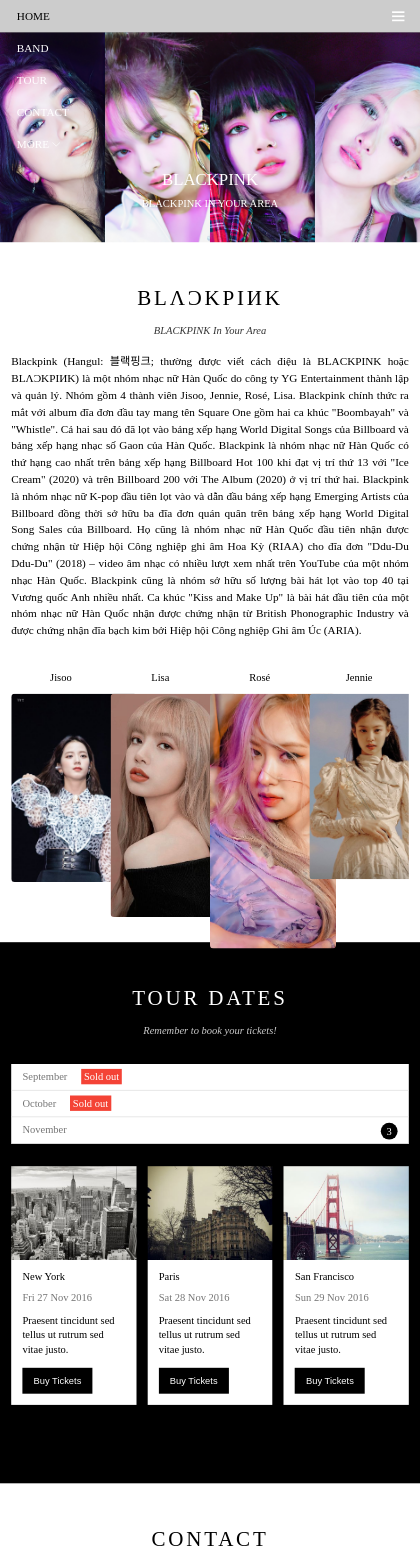
Repository: vanntrong/w3_band
Page: index.html
An editor plug-in stored every save of this project. The page is shown before and after the next save, followed by the edit.
The browser window is 600 px wide. The pictures show the part of the page from y = 0 to 2240 px (the page is 3026 px tall), at 70% of full size.

Above is the page before, as saved 2021-08-27 19:12:59.

### index.html
<!DOCTYPE html>
<html lang="en">
<head>
    <meta charset="UTF-8">
    <meta http-equiv="X-UA-Compatible" content="IE=edge">
    <meta name="viewport" content="width=device-width, initial-scale=1.0">
    <title>BLΛƆKPIИK</title>
    <link rel="stylesheet" href="./assest/css/reset.css">
    <link rel="stylesheet" href="./assest/css/index.css">
    <link rel="stylesheet" href="./assest/css/responsive.css">
    <link rel="stylesheet" href="./assest/font/themify-icons-font/themify-icons/themify-icons.css">
    <link rel="stylesheet" href="./script/script.js">
</head>
<body>
    <div id="main">
        <div id="header">
            <!-- Begin: nav -->
            <ul id="nav">
                <li><a href="#">Home</a></li>
                <li><a href="#about">Band</a></li>
                <li><a href="#tour">Tour</a></li>
                <li><a href="#contact">Contact</a></li>
                <li>
                    <a href="#">
                        More
                        <i class="nav-arrow-down ti-angle-down"></i>
                    </a>
                    <ul class="subnav">
                        <li><a href="#">Merchandise</a></li>
                        <li><a href="#">Extras</a></li>
                        <li><a href="#">Media</a></li>
                    </ul>
                </li>
            </ul>
            <!-- End: nav -->

            <!-- Begin: Search button -->
            <div class="search-btn">
                <i class="search-icon ti-search"></i>
            </div>

            <div id="mobile-menu" class="mobile-menu-btn">
                <i class="menu-icon ti-menu"></i>
            </div>
            <!-- End: Search button -->

        </div>

        <div id="slider">
            <div class="text-content">
                <h2 class="text-heading">BLACKPINK</h2>
                <div class="text-description">BLACKPINK IN YOUR AREA</div>
            </div>
        </div>

        <div id="content">
            <div class="about-section">
                <!-- About section -->
                <div class="content-section" id ="about">
                    <a href="https://www.instagram.com/blackpinkofficial/" target="blank"><h2 class="section-heading">BLΛƆKPIИK</h2></a>
                    <p class="section-sub-heading">BLACKPINK In Your Area</p>
                    <p class="about-text">
                        Blackpink (Hangul: 블랙핑크; thường được viết cách điệu là BLACKPINK hoặc BLΛƆKPIИK) là một nhóm nhạc nữ Hàn Quốc do công ty YG Entertainment thành lập và quản lý. Nhóm gồm 4 thành viên Jisoo, Jennie, Rosé, Lisa. Blackpink chính thức ra mắt với album đĩa đơn đầu tay mang tên Square One gồm hai ca khúc "Boombayah" và "Whistle". Cả hai sau đó đã lọt vào bảng xếp hạng World Digital Songs của Billboard và bảng xếp hạng nhạc số Gaon của Hàn Quốc.

    Blackpink là nhóm nhạc nữ Hàn Quốc có thứ hạng cao nhất trên bảng xếp hạng Billboard Hot 100 khi đạt vị trí thứ 13 với "Ice Cream" (2020) và trên Billboard 200 với The Album (2020) ở vị trí thứ hai. Blackpink là nhóm nhạc nữ K-pop đầu tiên lọt vào và dẫn đầu bảng xếp hạng Emerging Artists của Billboard đồng thời sở hữu ba đĩa đơn quán quân trên bảng xếp hạng World Digital Song Sales của Billboard. Họ cũng là nhóm nhạc nữ Hàn Quốc đầu tiên nhận được chứng nhận từ Hiệp hội Công nghiệp ghi âm Hoa Kỳ (RIAA) cho đĩa đơn "Ddu-Du Ddu-Du" (2018) – video âm nhạc có nhiều lượt xem nhất trên YouTube của một nhóm nhạc Hàn Quốc. Blackpink cũng là nhóm sở hữu số lượng bài hát lọt vào top 40 tại Vương quốc Anh nhiều nhất. Ca khúc "Kiss and Make Up" là bài hát đầu tiên của một nhóm nhạc nữ Hàn Quốc nhận được chứng nhận từ British Phonographic Industry và được chứng nhận đĩa bạch kim bởi Hiệp hội Công nghiệp Ghi âm Úc (ARIA).
                    </p>
                    <div class="member-list">
                        <div class="member-item">
                            <a href="https://www.instagram.com/sooyaaa__/" target="blank"><p class="member-name">Jisoo</p></a>
                            <a href="https://www.instagram.com/sooyaaa__/" target="blank"><img src="./assest/img/team/jisoo/jisoo.jpg" alt="Image-of-Jisoo" class="member-img"></a>
                        </div>
                        <div class="member-item">
                            <a href="https://www.instagram.com/lalalalisa_m/" target="blank"><p class="member-name">Lisa</p></a>
                            <a href="https://www.instagram.com/lalalalisa_m/" target="blank"><img src="./assest/img/team/lisa/lisa.jpg" alt="Image of Jisoo" class="member-img"></a>
                        </div>
                        <div class="member-item">
                            <a href="https://www.instagram.com/roses_are_rosie/" target="blank"><p class="member-name">Rosé</p></a>
                            <a href="https://www.instagram.com/roses_are_rosie/" target="blank"><img src="./assest/img/team/rose/rose.jpg" alt="Image of Jisoo" class="member-img"></a>
                        </div>
                        <div class="member-item">
                            <a href="https://www.instagram.com/jennierubyjane/" target="blank"><p class="member-name">Jennie</p></a>
                            <a href="https://www.instagram.com/jennierubyjane/" target="blank"><img src="./assest/img/team/jennie/jennie.jpg" alt="Image of Jisoo" class="member-img"></a>
                        </div>
                    </div>
                </div>
            </div>
            <div class="tour-section">
                <!-- tour section -->
                <div id="tour" class="content-section">
                    <h2 class="section-heading text-white">TOUR DATES</h2>
                    <p class="section-sub-heading text-white">Remember to book your tickets!</p>

                    <ul class="ticket-list">
                        <li>September <span class="sold-out">Sold out</span></li>
                        <li>October <span class="sold-out">Sold out</span></li>
                        <li>November <span class="quantity">3</span></li>
                    </ul>

                    <!-- places -->
                    <div class="places-list">
                        <div class="place-item">
                            <img src="./assest/img/places/newyork.jpg" alt="New York" class="place-img">
                            <div class="place-body">
                                <h3 class="place-heading">New York</h3>
                                <p class="place-time">Fri 27 Nov 2016</p>
                                <p class="place-desc text-black">Praesent tincidunt sed tellus ut rutrum sed vitae justo.</p>
                                <button class="place-buy-btn js-buy-ticket">Buy Tickets</button>
                            </div>
                        </div>
                        <div class="place-item">
                            <img src="./assest/img/places/paris.jpg" alt="Paris" class="place-img">
                            <div class="place-body">
                                <h3 class="place-heading">Paris</h3>
                                <p class="place-time">Sat 28 Nov 2016</p>
                                <p class="place-desc text-black">Praesent tincidunt sed tellus ut rutrum sed vitae justo.</p>
                                <button class="place-buy-btn js-buy-ticket">Buy Tickets</button>
                            </div>
                        </div>
                        <div class="place-item">
                            <img src="./assest/img/places/sanfran.jpg" alt="San Francisco" class="place-img">
                            <div class="place-body">
                                <h3 class="place-heading">San Francisco</h3>
                                <p class="place-time">Sun 29 Nov 2016</p>
                                <p class="place-desc text-black">Praesent tincidunt sed tellus ut rutrum sed vitae justo.</p>
                                <button class="place-buy-btn js-buy-ticket">Buy Tickets</button>
                            </div>
                        </div>
                        <div class="clear"></div>
                    </div>
                </div>
            </div>

            <!-- begin: contact section -->
            <div id="contact" class="content-section">
                <h2 class="section-heading text-black">CONTACT</h2>
                <p class="section-sub-heading text-black">Fan? Drop a note!</p>

                <div class="row contact-content">
                    <div class="col col-half contact-info">
                        <p><i class="ti-location-pin"></i>Long An, Viet Nam</p>
                        <p><i class="ti-mobile"></i>Phone: +84 377986844</p>
                        <p><i class="ti-email"></i>Email: vantrongbrv@gmail.com</p>
                    </div>

                    <div class="col col-half contact-form">
                        <form action="">
                            <div class="row">
                                <div class="col col-half">
                                    <input type="text" name="" placeholder="Name" required id="" class="form-control">
                                </div>

                                <div class="col col-half">
                                    <input type="email" name="" placeholder="Email" required id="" class="form-control">
                                </div>
                            </div>
                            <div class="row mt-8px">
                                <div class="col col-full">
                                    <input type="text" name="" placeholder="Message" required id="" class="form-control">
                                </div>
                            </div>

                            <input class="form-submit-btn mt-16px" type="submit" value="SEND">
                        </form>
                    </div>
                </div>
            </div>
            <!-- end: contact section -->
            <div class="map-section">
                <img class="map-img" src="./assest/img/places/map.jpg" alt="">
            </div>
        </div>

        <div id="footer">
            <div class="social-list">
                <a target="blank" href="https://www.facebook.com/votrong143/"><i class="ti-facebook"></i></a>
                <a target="blank" href="https://www.instagram.com/va.trogn/"><i class="ti-instagram"></i></a>
                <a target="blank" href="https://github.com/vanntrong"><i class="ti-github"></i></a>
                <a href="#"><i class="ti-pinterest"></i></a>
                <a href="#"><i class="ti-twitter-alt"></i></a>
                <a href="#"><i class="ti-linkedin"></i></a>
            </div>
            <p class="copyright">Powered by <a href="">VanTrong</a></p>
        </div>
    </div>

    <div class="modal js-modal">
        <div class="modal-container js-modal-container">

            <div class="modal-close js-modal-close">
                <i class="ti-close"></i>
            </div>

            <header class="modal-header">
                <i class="ti-bag"></i>
                Tickets
            </header>

            <div class="modal-body">
                <label for="ticket-quantity" class="modal-label">
                    <i class="ti-shopping-cart"></i>
                     Tickets, $15 per person
                </label>
                <input id="ticket-quantity" type="text" required class="modal-input" placeholder="How many?">

                <label for="ticket-email" class="modal-label">
                    <i class="ti-user"></i>
                     Send To
                </label>
                <input id="ticket-email" type="text" required class="modal-input" placeholder="Enter email">

                <button id="buy-tickets">
                    Pay
                    <i class="ti-check"></i>
                </button>
            </div>

            <footer class="modal-footer">
                <p class="modal-help">Need <a href="">help?</a></p>
            </footer>
        </div>
    </div>

    <script>
        const buyBtns = document.querySelectorAll('.js-buy-ticket')
        const modal = document.querySelector('.js-modal')
        const modalClose = document.querySelector('.js-modal-close')
        const modalContainer = document.querySelector('.js-modal-container')

        //show modal buy ticket (add class open to modal)
        function showBuyTicket() {
            modal.classList.add('open')
        }
        //hide modal buy ticket (remove class open to modal)
        function hideBuyTicket() {
            modal.classList.remove('open')
        }

        //lap qua tung the button va nghe hanh vi click
        for (const buyBtn of buyBtns) {
            buyBtn.addEventListener('click', showBuyTicket)
        }

        //click vao dong modal
        modalClose.addEventListener('click', hideBuyTicket)

        //click vao ben ngoai thi thoat modal
        modal.addEventListener('click', hideBuyTicket)

        //fix bug bam vao modal thi bi thoat ra
        modalContainer.addEventListener('click', function (event) {
            event.stopPropagation()
        })

        // Open mobile menu
        var header = document.getElementById('header');
        var mobileMenu = document.getElementById('mobile-menu');
        var headerHeight = header.clientHeight;

        mobileMenu.onclick = function() {
            var isClose = header.clientHeight === headerHeight;
            if(isClose) {
                header.style.height = 'auto';
            } else {
                header.style.height = null;
            }
        }

        //auto close menu mobile
        var menuItems = document.querySelectorAll('#nav li a[href*="#"]');
        for (var i = 0; i < menuItems.length; i++) {
            var menuItem = menuItems[i];

            menuItem.onclick = function() {
                console.log(this);
                header.style.height = null;
            }
        }

    </script>

</body>
</html>

### assest/css/index.css
/* reset css */
* {
    padding: 0;
    margin: 0;
    box-sizing: border-box;
}

/* end reset */

html {
    scroll-behavior: smooth;
    /* font-family: Helvetica, Arial, sans-serif; */
    font-family: 'Times New Roman', Times, serif;
}

/*
1. Vị trí
2. Kích thước
3. Màu sắc
4. Kiểu dáng (kiểu chữ, hình tròn, hình vuông)
*/

/* css dùng chung */

#main {

}

.clear {
    clear: both;
}

.text-white {
    color:#fff!important;
}

.text-black {
    color: #000!important;
}

.mt-8px {
    margin-top: 8px !important;
}

.mt-16px {
    margin-top: 16px !important;
}

.row {
    margin-left: -8px;
    margin-right: -8px;
}

.row::after {
    content: "";
    display: block;
    clear: both;
}

.col {
    float: left;
    padding-left: 8px;
    padding-right: 8px;
}

.col-full {
    width: 100%;
}

.col-half {
    width: 50%;
}


/* Begin header */
#header {
    position: fixed;
    top: 0;
    left: 0;
    right: 0;
    height: 46px;
    background-color: #000;
    z-index: 1;
}

#nav {
    display: inline-block;
}

#nav, .subnav {
    list-style-type: none;
}

#nav > li {
    display: inline-block;
}

#nav li {
    position: relative;
}

#nav > li > a {
    color: #fff;
    text-transform: uppercase;
}

#nav li a {
    text-decoration: none;
    line-height: 46px;
    padding: 0 24px;
    display: block;
}

#nav li:hover .subnav {
    display: block;
}

#nav > li:hover > a,
#nav .subnav li:hover {
    color: #000;
    background-color: #ccc;
}

#nav .subnav {
    display: none;
    position: absolute;
    top: 100%;
    left: 0;
    background-color: #fff;
    box-shadow: 0 0 10px rgba(0, 0, 0, 0.3);
    min-width: 160px;
}

#nav .subnav a {
    color: #000;
    padding: 0 12px;
    line-height: 38px;
}

#nav .ti-angle-down {
    font-size: 12px;
}

#header .mobile-menu-btn {
    position: absolute;
    top: 0;
    right: 0;
}

#header .mobile-menu-btn,
#header .search-btn {
    float:right;
    padding: 0 21px;
}

#header .mobile-menu-btn:hover {
    background-color: #ccc;
}

#header .mobile-menu-btn:hover .menu-icon{
    color: #000;
}

#header .search-btn:hover {
    cursor: pointer;
    background-color: #f44336;
}

#header .menu-icon,
#header .search-icon {
    color: #fff;
    font-size: 20px;
    line-height: 46px;
}
/* end header */

/* Begin slider */
#slider {
    position: relative;
    margin-top: 46px;
    padding-top: 50%;
    background: url("../img/slider/slider1.jpg") top center / cover no-repeat;
}

#slider .text-content {
    position: absolute;
    bottom: 48px;
    color: #fff;
    width: 100%;
    text-align: center;
}

#slider .text-heading {
    font-weight: 500px;
    font-size: 24px;
}

#slider .text-description {
    font-size: 15px;
    margin-top: 15px;
}
/* end slider */

/* begin content */
#content {


}

/* #content .about-section {
    background-color: #000;
} */

#content .tour-section {
    background-color: #000;
}

#content a {
    text-decoration-line: none;
}

#content p {
    color: black;
}

/* dùng tạm */
#content #contact p {
    color: black;
}

#content .content-section {
    width: 800px;
    max-width: 100%;
    padding: 64px 0;
    margin-left: auto;
    margin-right: auto;
    padding-left: 16px;
    padding-right: 16px;
}

#content #about {
    height: 1000px;
}

#content .section-heading {
    font-size: 30px;
    /* color: pink; */
    font-weight: 500px;
    text-align: center;
    /* Khoảng cách giữa các chữ */
    letter-spacing: 4px;
    color: black;
}

#content .section-sub-heading {
    font-size: 15px;
    text-align: center;
    margin-top: 25px;
    /* kiểu chữ */
    font-style: italic;
    /* làm mờ */
    opacity: 0.8;
}

#content .about-text {
    margin-top: 25px;
    /* justify căn đều văn bản */
    text-align: justify;
    line-height: 1.5;
}

#content .member-list {
    margin-top: 48px;
    overflow: hidden;
}

#content .member-item {
    float: left;
    width: 25%;
    text-align: center;
}

#content .member-name {
    font-size: 15px;
    color: black;
}

#content .member-img {
    margin-top: 15px;
    width: 180px;
    border-radius: 5px;
}

.ticket-list {
    margin-top: 40px;
    background-color: #fff;
}

.ticket-list li {
    font-size: 15px;
    padding: 11px 16px;
    border-bottom: 1px solid #ddd;
    color: #757575;
    list-style: none;
}

.ticket-list .sold-out {
    background-color: #f44336;
    padding: 3px 4px;
    margin-left: 16px;
    color: #fff;
}

.ticket-list .quantity {
    float: right;
    width: 24px;
    height: 24px;
    background-color: #000;
    color: #fff;
    border-radius: 50%;
    text-align: center;
    line-height: 24px;
    margin-top: -3px;
}

/* ctrl+D ->  ctrl+right -> alt+shift+right */
/* place */

.places-list {
    margin: 32px -8px 0;
    padding-bottom: 48px;
}

.place-item {
    float: left;
    width: 33.33333%;
    padding: 0px 8px;
    /* margin-top: 32px; */
}

.place-img {
    width: 100%;
    display: block;
}

.place-img:hover{
    opacity: 0.6;
}

.place-body {
    background-color: #fff;
    padding: 16px;
    font-size: 15px;
}

.place-heading {

}

.place-time {
    margin-top: 15px;
    color: #757575 !important;
}

.place-desc {
    margin-top: 15px;
    line-height: 1.4;
}

.place-buy-btn {
    color: #fff;
    background-color: #000;
    padding: 11px 16px;
    display: inline-block;
    margin-top: 15px;
    border: none;
    cursor: pointer;
}

.place-buy-btn:hover {
    background-color: #ccc;
    color: #000;
}

.contact-content {
    margin-top: 48px;
}

.contact-info {
    font-size: 18px;
    line-height: 1.5;
}

.contact-info i[class*="ti-"] {
    width: 30px;
    display: inline-block;
}

.contact-form {
    font-size: 15px;
}

.contact-form .form-control {
    padding: 10px;
    border: 1px solid #ccc!important;
    width: 100%;
}

.contact-form .form-submit-btn {
    background-color: #000;
    color: #fff;
    float: right;
    padding: 10px 16px;
    border: 1px solid #000;
}

.contact-form .form-submit-btn:hover {
    background-color: #ccc;
    color: #000;
    cursor: pointer;
}

.map-img {
    width: 100%;
}
/* end content */

/* begin footer */
#footer {
    padding: 64px 16px;
    text-align: center;
}

#footer .social-list {
    font-size: 24px;
}

#footer .social-list a {
    color: rgba(0, 0, 0, 0.6);
    text-decoration: none;
}

#footer .social-list a:hover {
    color: rgba(0, 0, 0, 0.4);
}

#footer .copyright {
    color: rgba(0, 0, 0, 0.6);
    padding-top: 15px;
}

#footer .copyright a {
    color: rgba(0, 0, 0, 0.6);
}

#footer .copyright a:hover {
    color: rgba(0, 0, 0, 0.4);
}
/* end footer */
.modal {
    position: fixed;
    top: 0;
    left: 0;
    right: 0;
    bottom: 0;
    background: rgba(0, 0, 0, 0.4);
    display: none;
    align-items: center;
    justify-content: center;
}

.modal-container {
    background: #fff;
    max-width: calc(100% - 32px);
    width: 900px;
    min-height: 200px;
    position: relative;
    animation: modalFaceIn ease 0.5s;
}

.modal-header {
    background-color: #009688;
    height: 130px;
    display: flex;
    align-items: center;
    justify-content: center;
    font-size: 30px;
    color: #fff;
    letter-spacing: 4px;
}

/* .modal-heading-icon {
    margin-right: 16px;
} */

.modal-close {
    position: absolute;
    right: 0;
    top: 0;
    color: #fff;
    padding: 12px;
    cursor: pointer;
    opacity: 0.8;
}

.modal-close:hover {
    opacity: 1;
}

.modal-body {
    padding: 16px;
}

.modal-label {
    display: block;
    font-size: 15px;
    margin-bottom: 12px;
}

.modal-input {
    border: 1px solid #ccc;
    width: 100%;
    padding: 8px;
    font-size: 15px;
    margin-bottom: 24px;
}

#buy-tickets {
    background-color: #009688;
    border: none;
    color: #fff;
    width: 100%;
    text-transform: uppercase;
    padding: 16px;
    cursor: pointer;
}

#buy-tickets:hover {
    opacity: 0.8;
}

.modal-footer {
    padding: 16px;
    text-align: right;
    margin-bottom: 10px;
}

.modal-footer a {
    color: #2196F3;

}

.modal.open {
    display: flex;
}

@keyframes modalFaceIn {
    from {
        transform: translateY(-140px);
        opacity: 0;
    }
    to {
        transform: translateY(0);
        opacity: 1;
    }
}

### assest/css/responsive.css
@media(max-width: 740px) {
    #nav li {
        display: block;
    }

    #nav {
        display: block;
    }

    #header .search-btn {
        display: none;
    }

}

Loaded but not shown: assest/css/reset.css (common file); assest/font/themify-icons-font/themify-icons/themify-icons.css (common file); script/script.js (no stored copy; drawn as an empty file)

After the next save:
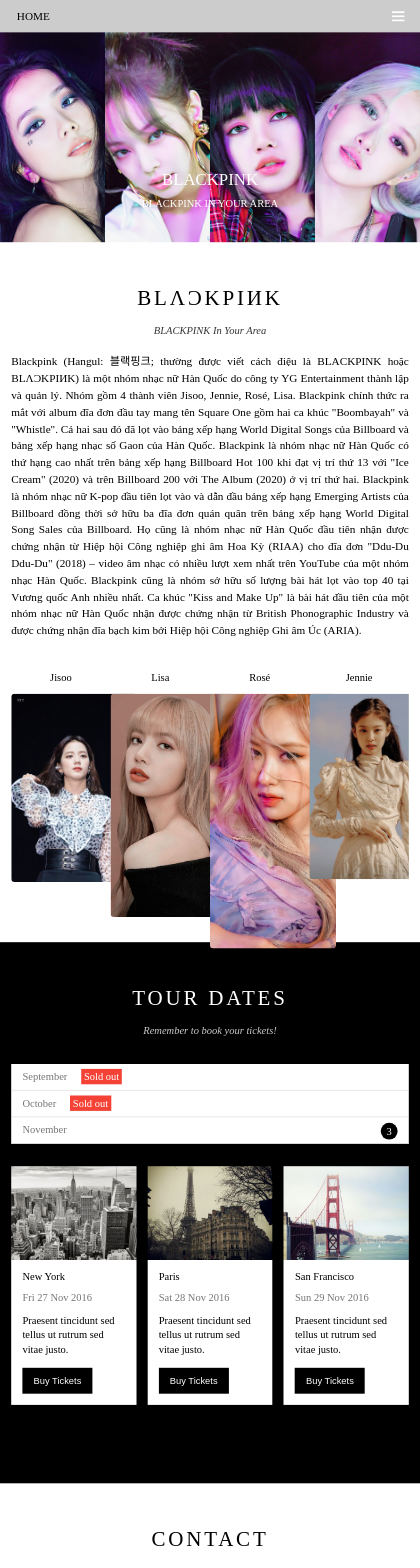
Saved 43 s later.
--- a/assest/css/responsive.css
+++ b/assest/css/responsive.css
@@ -7,6 +7,9 @@
         display: block;
     }
 
+    #header {
+        overflow: hidden;
+    }
     #header .search-btn {
         display: none;
     }
